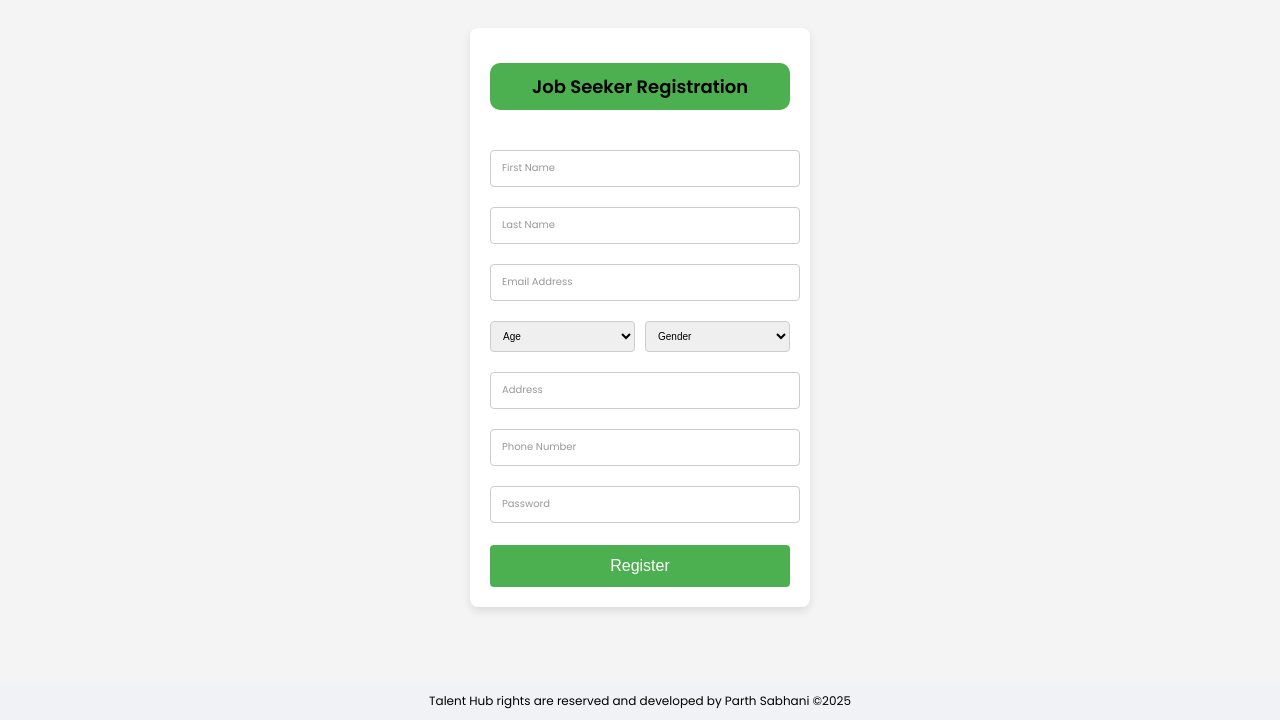
Repository: parthsabhani/Job_Portal_JSP_Servlet
Page: http://localhost/Job_Portal/userRegistration.jsp
The author's editor kept a copy of each file at every save. The page is drawn from the files as they stood at one save, then again after the next save.
The browser window is 1280 px wide. The pictures show the whole page.
The page is served by Tomcat 10. Other server files are loaded and not shown.

Above is the page before, as saved 2025-04-23 04:01:37.

### Job_Portal/src/main/webapp/userRegistration.jsp
<%@ page language="java" contentType="text/html; charset=UTF-8"
	pageEncoding="UTF-8"%>
<!DOCTYPE html>
<html lang="en">
<head>
<meta charset="UTF-8">
<meta name="viewport" content="width=device-width, initial-scale=1.0">
<title>Job Seeker Registration</title>

<!-- Import Poppins font -->
<link
	href="https://fonts.googleapis.com/css2?family=Poppins:wght@400;600&display=swap"
	rel="stylesheet">

<!-- Internal CSS -->
<style>
body {
	font-family: 'Poppins', sans-serif;
	background-color: #f4f4f4;
	display: flex;
	justify-content: center;
	align-items: center;
	height: 100%;
}

.registration-container {
	background-color: white;
	padding: 20px;
	margin: 20px;
	border-radius: 8px;
	box-shadow: 0 4px 8px rgba(0, 0, 0, 0.1);
	width: 100%;
	font-size: 12px;
	max-width: 300px;
}

h2 {
	text-align: center;
	background-color: #4CAF50;
	padding: 10px;
	border-radius: 10px;
	margin-bottom: 40px;
}

h2:hover {
	color: white;
}

form {
	display: flex;
	flex-direction: column;
}

.input-container {
	position: relative;
	margin-bottom: 20px;
}

input {
	padding: 12px 4px;
	margin: 0;
	border: 1px solid #ccc;
	border-radius: 4px;
	font-size: 10px;
	width: 100%;
	background-color: #fff; /* Keep the input background white */
	z-index: 1; /* Ensure the input stays behind the label */
}

input:focus {
	border-color: #4d90fe;
	outline: none;
}

/* Floating label */
input:focus+label, input:not(:placeholder-shown)+label {
	font-size: 10px;
	color: #4d90fe;
	top: -9px; /* Adjusted to align with the upper edge of the text */
}

label {
	position: absolute;
	top: 10px; /* Slightly adjusted to align with the text */
	left: 8px;
	font-size: 10px;
	transition: all 0.2s ease;
	color: #999;
	pointer-events: none;
	z-index: 2; /* Ensure the label stays above the input */
	background-color: #fff; /* To avoid background showing through */
	padding: 0 4px;
	/* Add some padding to avoid label overlapping input edges */
}

.submit-btn {
	background-color: #4CAF50;
	color: white;
	padding: 12px;
	border: none;
	border-radius: 4px;
	font-size: 16px;
	cursor: pointer;
}

.submit-btn:hover {
	background-color: #45a049;
	color: black;
}

.error {
	color: red;
	font-size: 12px;
	margin-top: -10px; text-align : center;
	margin-bottom: 12px;
	text-align: center;
}
</style>
</head>
<body>

	<div class="registration-container">
		<h2>Job Seeker Registration</h2>
		<form action="UserController" method="post" id="registrationForm">

			<!-- Full Name Field -->
			<div class="input-container">
				<input type="text" id="firstName" name="firstName" placeholder=" "
					required> <label for="firstName">First Name</label>
			</div>

			<!-- Last Name Field -->
			<div class="input-container">
				<input type="text" id="lastName" name="lastName" placeholder=" "
					required> <label for="lastName">Last Name</label>
			</div>

			<!-- Email Field -->
			<div class="input-container">
				<input type="email" id="email" name="email" placeholder=" " required>
				<label for="email">Email Address</label>
			</div>

			<!-- Age & Gender Fields -->
			<div
				style="display: flex; justify-content: space-between; gap: 10px; margin-bottom: 20px;">
				<!-- Age Dropdown -->
				<div style="flex: 1;">
					<select name="age" id="age" required
						style="width: 100%; padding: 8px; border-radius: 4px; border: 1px solid #ccc; font-size: 10px;">
						<option value="" disabled selected hidden>Age</option>
						<%
						for (int i = 18; i <= 50; i++) {
						%>
						<option value="<%=i%>"><%=i%></option>
						<%
						}
						%>
					</select>
				</div>

				<!-- Gender Dropdown -->
				<div style="flex: 1;">
					<select name="gender" id="gender" required
						style="width: 100%; padding: 8px; border-radius: 4px; border: 1px solid #ccc; font-size: 10px;">
						<option value="" disabled selected hidden>Gender</option>
						<option value="Male">Male</option>
						<option value="Female">Female</option>
						<option value="Other">Other</option>
					</select>
				</div>
			</div>

			<!-- Address Field -->
			<div class="input-container">
				<input type="text" id="address" name="address" placeholder=" ">
				<label for="address">Address</label>
			</div>

			<!-- Phone Number Field -->
			<div class="input-container">
				<input type="tel" id="phone" name="phone" placeholder=" " required>
				<label for="phone">Phone Number</label>
			</div>

			<!-- Password Field -->
			<div class="input-container">
				<input type="password" id="password" name="password" placeholder=" "
					required> <label for="password">Password</label>
			</div>

			<div id="errorMessages" class="error">
				${ error }
			</div>

			<button type="submit" class="submit-btn" name="value" value="register">Register</button>

		</form>
	</div>


	<!-- Footer Start -->
	<%
    	request.setAttribute("footerStyle", "position: fixed; bottom: 0; width: 100%; padding: 10px 0; background-color: #f0f2f5; color: #000000; text-align: center; font-size: 12px; font-family: 'Poppins', sans-serif;");
	%>
	<jsp:include page="footer.jsp" />
	<!-- Footer End -->
</body>
</html>

### Job_Portal/src/main/webapp/footer.jsp
<%@ page language="java" contentType="text/html; charset=UTF-8"
    pageEncoding="UTF-8"%>
<!DOCTYPE html>
<html>
<head>
<meta charset="UTF-8">
<title>Insert title here</title>
</head>
<body>
<%
    String footerStyle = (String) request.getAttribute("footerStyle");
    if (footerStyle == null) {
        footerStyle = "position: fixed; bottom: 0; width: 100%; padding: 8px 0; background-color: #000; color: white; text-align: center; font-size: 12px; font-family: 'Poppins', sans-serif;";
    }
%>
<footer style="<%= footerStyle %>">
    Talent Hub rights are reserved and developed by Parth Sabhani ©2025
</footer>
</body>
</html>

After the next save:
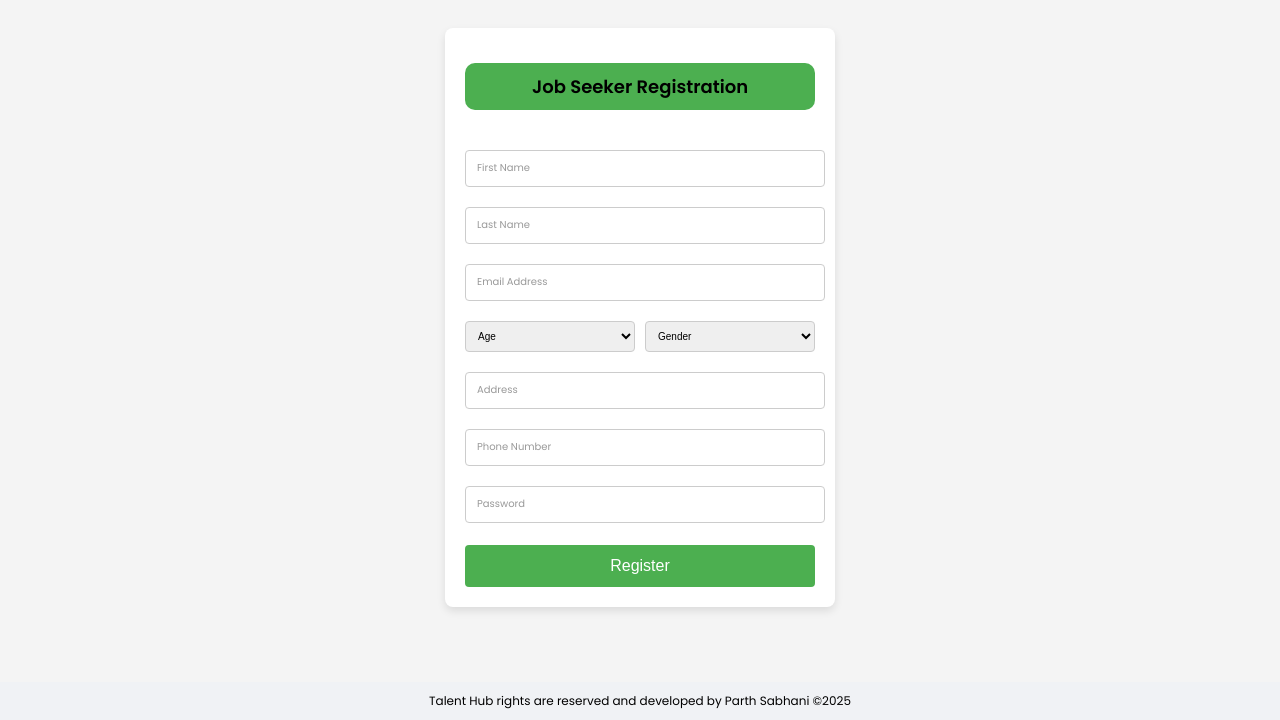
Saved 47 s later.
--- a/Job_Portal/src/main/webapp/userRegistration.jsp
+++ b/Job_Portal/src/main/webapp/userRegistration.jsp
@@ -31,7 +31,7 @@ body {
 	box-shadow: 0 4px 8px rgba(0, 0, 0, 0.1);
 	width: 100%;
 	font-size: 12px;
-	max-width: 300px;
+	max-width: 350px;
 }
 
 h2 {
